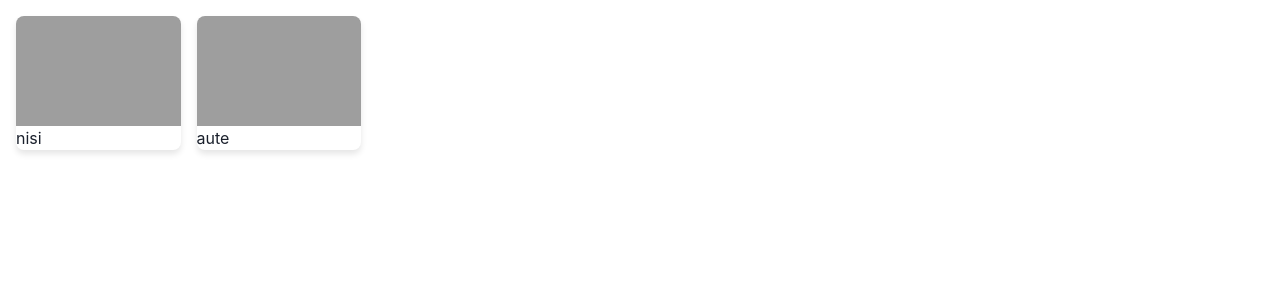
Repository: Jordybeer/wow
Page: /
These files come from the project's save history. The page is drawn as it stood at one moment and after the next save; the edit follows.
The browser window is 1280 px wide. The pictures show the whole page.
Pictures or frames that could not be fetched are drawn as grey boxes. The project was rebuilt for these pictures with package versions that can differ from the ones it lists, and the page was loaded fresh each time. The framework's server and built-in components were replaced by stand-ins that run in the browser. Also part of the build but not shown: components/ExpandedCard.tsx.

Above is the page before, as saved 2023-09-19 00:20:34.

### pages/_app.tsx
// pages/_app.tsx
import { ChakraProvider } from '@chakra-ui/react';
import '../styles/styles.css';
import "slick-carousel/slick/slick.css";
import "slick-carousel/slick/slick-theme.css";

function MyApp({ Component, pageProps }) {
  return (
    <ChakraProvider>
      <Component {...pageProps} />
    </ChakraProvider>
  );
}

export default MyApp;

### pages/index.tsx
import React, { useState } from 'react';
import CardGrid from '../components/CardGrid';
import ExpandedCard from '../components/ExpandedCard';



const IndexPage = () => {
  const [selectedCard, setSelectedCard] = useState(null);

  return (
    <div>
      <CardGrid setSelectedCard={setSelectedCard} data={undefined} />
      {selectedCard && <ExpandedCard data={selectedCard} setSelectedCard={setSelectedCard} />}
    </div>
  );
};



export default IndexPage;

### styles/styles.css
/* Grid Layout */
.grid {
  display: grid;
  grid-template-columns: repeat(auto-fill, minmax(150px, 1fr));
  gap: 16px;
  padding: 16px;
}

/* Card Styles */
.card {
  position: relative;
  overflow: hidden;
  border-radius: 8px;
  box-shadow: 0 4px 6px rgba(0, 0, 0, 0.1);
  cursor: pointer;
  transition: transform 0.3s ease-in-out;
}

.card:hover {
  transform: scale(1.15);
}

.card img {
  width: 100%;
  height: auto;
  object-fit: cover;
}

.card-title {
  position: absolute;
  bottom: 0;
  left: 0;
  background: rgba(0, 0, 0, 0.7);
  color: white;
  padding: 8px;
  width: 100%;
  text-align: center;
}

/* Expanded Card Styles */
.expanded-card {
  position: fixed;
  top: 0;
  left: 0;
  width: 100%;
  height: 100%;
  background: rgba(0, 0, 0, 0.7);
  z-index: 1000;
  display: flex;
  justify-content: center;
  align-items: center;
}

.content-box {
  position: relative;
  background: orange;
  border: 2px solid black;
  border-radius: 8px;
  width: 80%;
  height: 80%;
  display: flex;
  flex-direction: column;
}

/* Carousel Styles */
.carousel-img {
  max-width: 100%;
  width: 100%;
  height: auto;
}

/* Thumbnail Styles */
.thumbnail-img {
  width: 50px;
  height: auto;
}
.thumbnails {
  display: flex;
  align-items: center;
  justify-content: center;
  gap: 10px;
}

.
/* Top and Bottom Half */
.top-half {
  height: 40%;
  position: relative;
}

.bottom-half {
  height: 60%;
  padding: 16px;
  display: flex;
  flex-direction: column;
  justify-content: space-between;
}

@media (max-width: 768px) {
  .expanded-card {
    width: 90%;
  }
}

### components/CardGrid.tsx
// components/CardGrid.tsx
import React, { useState, useEffect, useCallback } from 'react';
import Card from './Card';
import { LoremIpsum } from 'lorem-ipsum';
import { motion, AnimatePresence } from 'framer-motion';


const CardGrid = ({ setSelectedCard }) => {

  const [data, setData] = useState([]);

  useEffect(() => {
    const lorem = new LoremIpsum({
      sentencesPerParagraph: {
        max: 8,
        min: 4
      },
      wordsPerSentence: {
        max: 16,
        min: 4
      }
    });

    const generatedData = [
      {
        img: 'https://source.unsplash.com/random/150x100?nature,1',
        title: lorem.generateWords(1),
        description: lorem.generateSentences(5),
        images: [
          'https://source.unsplash.com/random/300x200?nature,1',
          'https://source.unsplash.com/random/300x200?nature,2',
          'https://source.unsplash.com/random/300x200?nature,3',
        ]
      },
      {
        img: 'https://source.unsplash.com/random/150x100?city,1',
        title: lorem.generateWords(1),
        description: lorem.generateSentences(5),
        images: [
          'https://source.unsplash.com/random/300x200?city,1',
          'https://source.unsplash.com/random/300x200?city,2',
          'https://source.unsplash.com/random/300x200?city,3',
        ]
      },
      // ... you can add more data here
    ];

    setData(generatedData);
  }, []);

  return (
    <div className="grid">
      {data.map((item, index) => (
        <Card key={index} data={item} setSelectedCard={setSelectedCard} />
      ))}
    </div>
  );
};

export default CardGrid;

### components/Card.tsx
import { motion } from 'framer-motion';

const Card = ({ data, setSelectedCard }) => {
  return (
    <motion.div
      className="card"
      whileHover={{ scale: 1.1 }}
      whileTap={{ scale: 0.9 }}
      onClick={() => setSelectedCard(data)}
      initial={{ opacity: 0 }}
      animate={{ opacity: 1 }}
      exit={{ opacity: 0 }}  // <-- Add this line for fade-out
      transition={{ duration: 1.8 }}  // <-- You can adjust the duration
    >
      <img src={data.img} alt={data.title} />
      <h3>{data.title}</h3>
    </motion.div>
  );
};


export default Card;

After the next save:
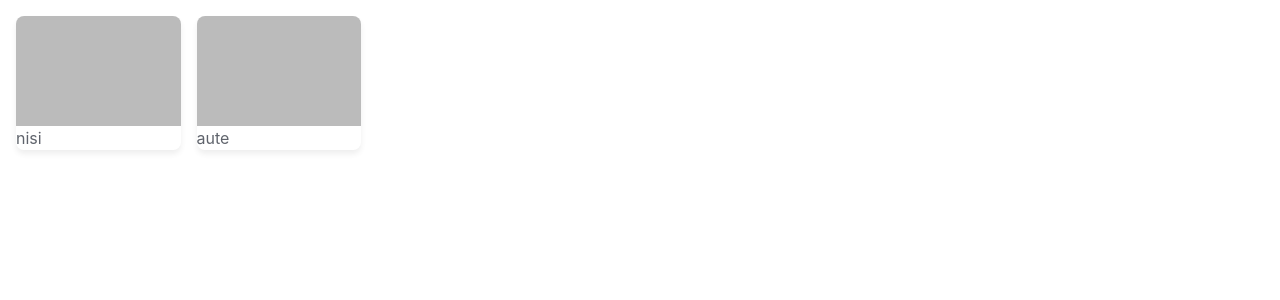
Saved 9 s later.
--- a/components/Card.tsx
+++ b/components/Card.tsx
@@ -10,7 +10,7 @@
       initial={{ opacity: 0 }}
       animate={{ opacity: 1 }}
       exit={{ opacity: 0 }}  // <-- Add this line for fade-out
-      transition={{ duration: 1.8 }}  // <-- You can adjust the duration
+      transition={{ duration: 10.8 }}  // <-- You can adjust the duration
     >
       <img src={data.img} alt={data.title} />
       <h3>{data.title}</h3>

After the save that followed:
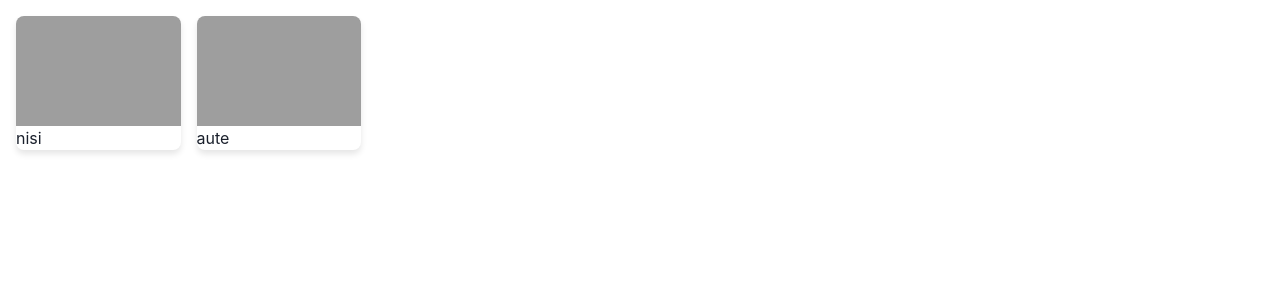
Saved 16 s later.
--- a/components/Card.tsx
+++ b/components/Card.tsx
@@ -10,7 +10,7 @@
       initial={{ opacity: 0 }}
       animate={{ opacity: 1 }}
       exit={{ opacity: 0 }}  // <-- Add this line for fade-out
-      transition={{ duration: 10.8 }}  // <-- You can adjust the duration
+      transition={{ duration: 0.5 }}  // <-- You can adjust the duration
     >
       <img src={data.img} alt={data.title} />
       <h3>{data.title}</h3>
